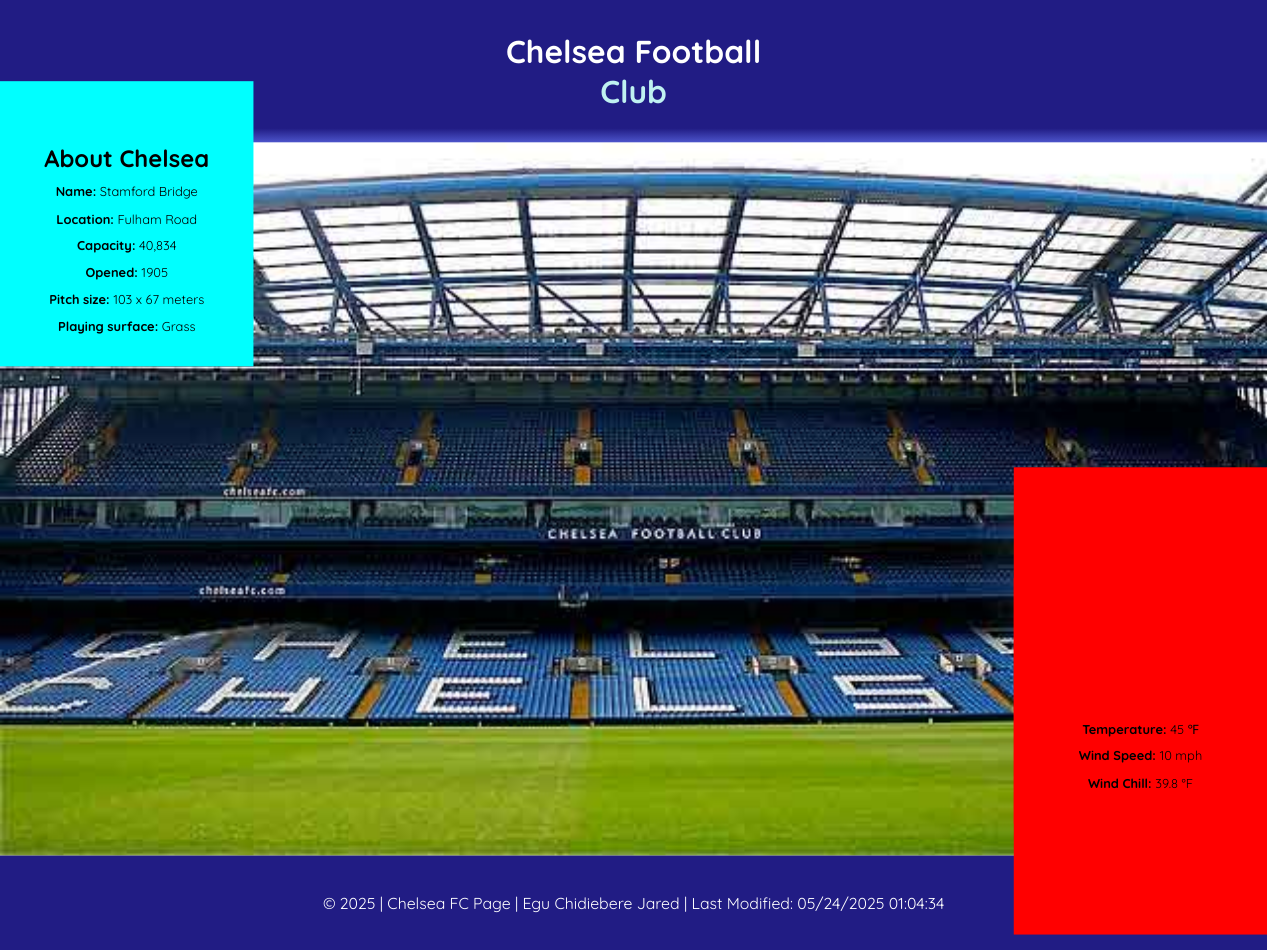
Repository: EguJaredoBoyd/wdd131
Page: place.html
An editor plug-in stored every save of this project. The page is shown before and after the next save, followed by the edit.
The browser window is 1280 px wide. The pictures show the whole page, at 99% of full size.
Some web libraries are served in a nearby version.

Above is the page before, as saved 2025-05-26 11:34:20.

### place.html
<!DOCTYPE html>
<html lang="en">

<head>
    <meta charset="UTF-8">
    <meta name="viewport" content="width=device-width, initial-scale=1.0">
    <meta name="description" content="A simple responsive webpage that shows a gallery picture of different temples">
    <meta name="author" content="Egu Chidiebere Jared">
    <title>WDD131 - Chelsea Football Club - Egu Chidiebere Jared</title>
    <link rel="preconnect" href="https://fonts.googleapis.com">
    <link rel="preconnect" href="https://fonts.gstatic.com" crossorigin>
    <link href="https://fonts.googleapis.com/css2?family=Quicksand:wght@300..700&display=swap" rel="stylesheet">
    <link rel="stylesheet" href="https://cdn.jsdelivr.net/npm/remixicon@4.6.0/fonts/remixicon.min.css">
    <link rel="stylesheet" href="./styles/place.css">
    <link rel="stylesheet" href="./styles/place-large.css">
    <script src="./scripts/place.js" defer></script>
</head>
<body>
    <header>
        <h1>Chelsea Football <span class="club"> Club</span></h1>
    </header>
    <main>
        <section class="picture-section">
            <picture>
                <source media="(max-width 768px)" srcset="./images/stamford-bridge.webp" sizes="100vw">
                <source media="(min-width: 769px)" srcset="./images/stanford-bridge.webp" sizes="100vw">
                <img src="./images/stamford-bridge.webp" alt="stamford bridge">
            </picture>
        </section>
        <section class="info">
            <h2>About Chelsea</h2>
            <div class="about">
                <p><strong>Name: </strong> Stamford Bridge</p>
                <p><strong>Location: </strong>Fulham Road</p>
                <p><strong>Capacity: </strong>40,834</p>
                <p><strong>Opened: </strong>1905</p>
                <p><strong>Pitch size: </strong>103 x 67 meters</p>
                <p><strong>Playing surface: </strong>Grass</p>
            </div>

        </section>
        <section class="weather">
            <h2>Weather</h2>
            <img src="./images/sun-icon.svg" alt="Sun Icon">
            <div class="weather">
                <p><strong>Temperature: </strong><span id="temp">45</span> ℉</p>
                <p><strong>Wind Speed: </strong><span id="speed">10</span> mph</p>
                <p><strong>Wind Chill: </strong><span id="chill"></span></p>
            </div>

        </section>
    </main>
    <footer>
        <p>&copy; <span id="year"></span> | Chelsea FC Page | Egu Chidiebere Jared |  Last Modified: <span id="lastModified"></span></p>
    </footer>

</body>
</html>

### styles/place.css
:root {
    --primary-color: #211C84;
    --secondary-color: #4D55CC;
    --accent-color:#7A73D1;
    --font-stack:"Quicksand", sans-serif;

}
*{
    margin: 0;
    padding: 0;
    box-sizing: border-box;
    font-family: var(--font-stack);
}
header{
    width: 100%;
    background-color: var(--primary-color);
    color: white;
    padding: 2rem;
    background: linear-gradient(to bottom , var(--primary-color) 90%, var(--secondary-color) 100%);

}
header h1{
    display: flex;
    flex-direction: column;
    justify-content: center;
    align-items: center;
    margin: auto;
}

.club{
    align-self: center;
    color: rgb(191, 241, 241);
}
section picture img{
    width: 100vw;
    height: auto;
    display: block;
}
.info, .weather{
    display: flex;
    flex-direction: column;
    justify-content: center;
    align-items: center;
    margin-top: 2rem;
    line-height: 2.5rem;
}
.info h2, .weather h2{
    margin: 2rem 0;
}
.about p, .weather p{
    text-align: center;
}

.weather img{
    width: 24vw;
    margin-bottom: 2rem;
}
footer{
    background-color: var(--primary-color);
    color: white;
    padding: 2rem;
    text-align: center;
    line-height: 2rem;
}

### styles/place-large.css
@media only screen and (min-width:767px) {
    .picture-section{
        position: relative;
    }
    .info{
        position: absolute;
        background-color: aqua;
        width: 20vw;
        height: 40vh;
        top: 50px;
    }
    .info > .about{
        font-size: small;
        line-height: 1.7rem;

    }
    .info h2{
        margin-bottom: 0;
    }
    .weather{
        position: absolute;
        background-color: red;
        width: 20vw;
        height: 50vh;
        bottom: -7rem;
        right: 0;
        line-height: 1.7rem;

    }
    .weather > * :not(h2){
        font-size: small;
    }
    .weather > img{
        display: none;
    }


}

### scripts/place.js
const temp = parseFloat(document.getElementById("temp").textContent);
const speed = parseFloat(document.getElementById("speed").textContent);
const chillSpan = document.getElementById("chill");

function calculateWindChill(t, s){
    return (35.74 + 0.6215 * t - 35.75 * Math.pow(s, 0.16) + 0.4275 * t * Math.pow(s, 0.16)).toFixed(1);

}

if (temp <= 50 && speed > 3) {
    chillSpan.textContent = calculateWindChill(temp, speed) + ' °F';
}
else {
    chillSpan.textContent = 'N/A';
}




document.getElementById("year").textContent = new Date().getFullYear();
document.getElementById("lastModified").textContent = document.lastModified;

After the next save:
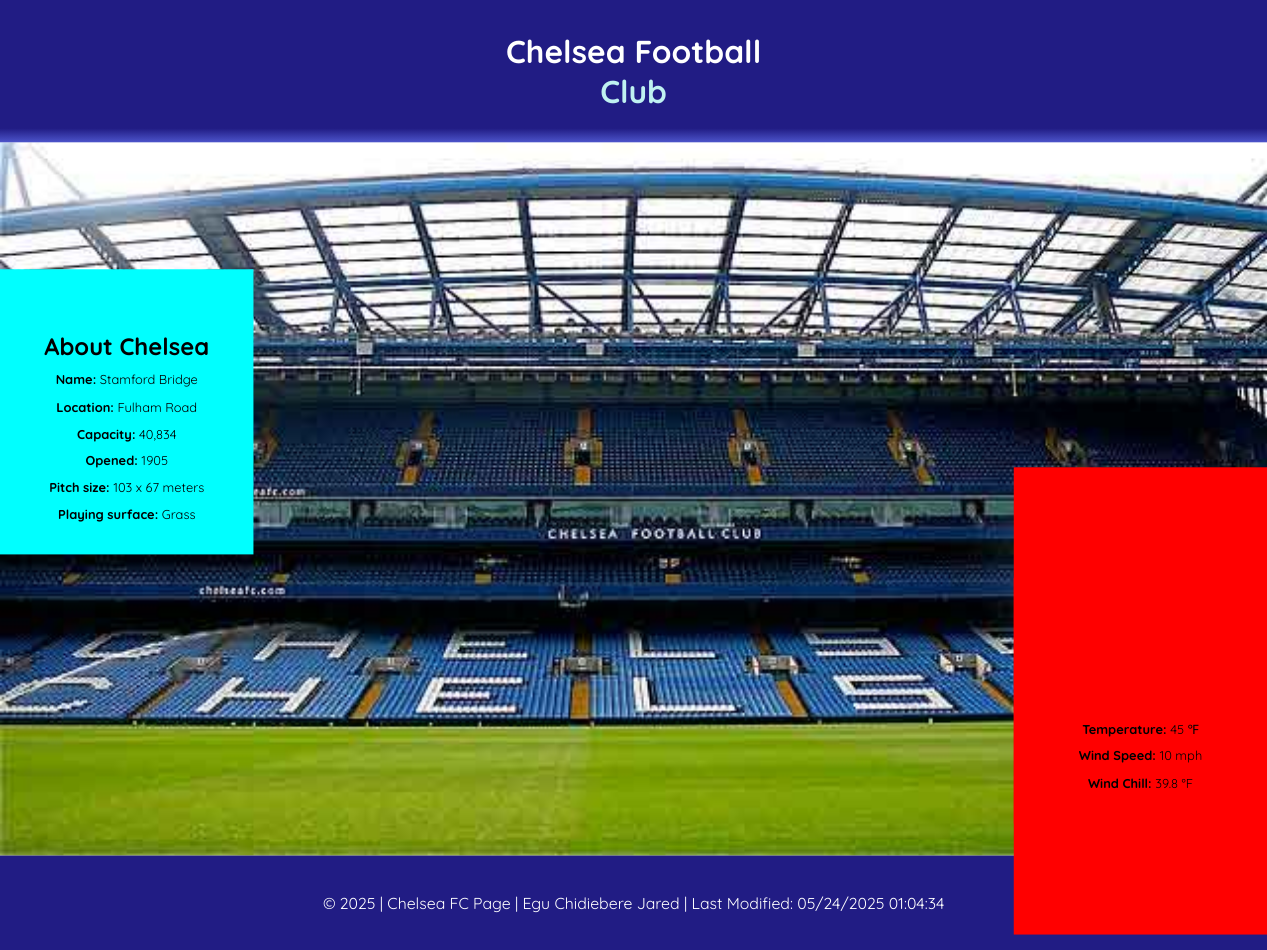
Saved 17 s later.
--- a/styles/place-large.css
+++ b/styles/place-large.css
@@ -7,7 +7,7 @@
         background-color: aqua;
         width: 20vw;
         height: 40vh;
-        top: 50px;
+        top: 15rem;
     }
     .info > .about{
         font-size: small;
